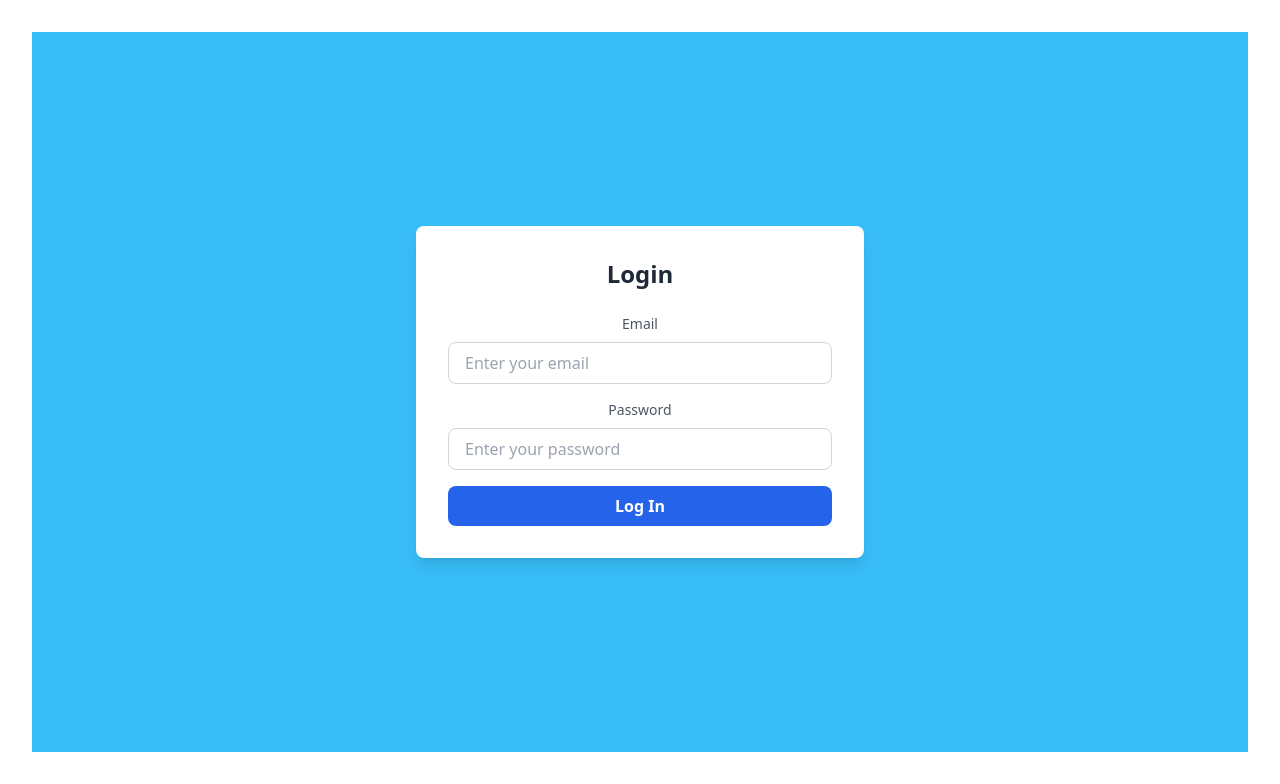
Repository: TEKVOLUTION-LTD/Admin-washKonnect
Page: /dashboard/users (app in Admin-WashKonnect/)
The author's editor kept a copy of each file at every save. The page is drawn from the files as they stood at one save, then again after the next save.
The browser window is 1280 px wide. The pictures show the whole page.
The project was rebuilt for these pictures with package versions that can differ from the ones it lists, and the page was loaded fresh each time. Also part of the build but not shown: Admin-WashKonnect/vite.config.js.

Above is the page before, as saved 2024-11-13 01:46:10.

### Admin-WashKonnect/src/App.jsx
import Login from './components/Login';
import './App.css'

function App() {


  return (
    <>
    <div className=''>    <Login /> </div>

    </>
  )
}

export default App

### Admin-WashKonnect/src/components/Login.jsx
import React, {useState} from 'react'

const Login = () => {


  const [email, setEmail] = useState('');
  const [password, setPassword] = useState('');

  const handleSubmit = (e) => {
    e.preventDefault();
    // Handle login logic here (e.g., authentication API call)
    console.log('Email:', email);
    console.log('Password:', password);
  };

  return (

    <>
    <div className="flex items-center justify-center min-h-screen bg-sky-400">
      <div className="w-full max-w-md p-8 space-y-6 bg-white rounded-lg shadow-lg">
        <h2 className="text-2xl font-bold text-center text-gray-800">Login</h2>
        <form className="space-y-4" onSubmit={handleSubmit}>
          <div>
            <label htmlFor="email" className="block text-sm font-medium text-gray-600">
              Email
            </label>
            <input
              type="email"
              id="email"
              value={email}
              onChange={(e) => setEmail(e.target.value)}
              required
              className="w-full px-4 py-2 mt-2 text-gray-800 border border-gray-300 rounded-lg focus:outline-none focus:ring-2 focus:ring-blue-500"
              placeholder="Enter your email"
            />
          </div>
          <div>
            <label htmlFor="password" className="block text-sm font-medium text-gray-600">
              Password
            </label>
            <input
              type="password"
              id="password"
              value={password}
              onChange={(e) => setPassword(e.target.value)}
              required
              className="w-full px-4 py-2 mt-2 text-gray-800 border border-gray-300 rounded-lg focus:outline-none focus:ring-2 focus:ring-blue-500"
              placeholder="Enter your password"
            />
          </div>
          <button
            type="submit"
            className="w-full px-4 py-2 font-semibold text-white bg-blue-600 rounded-lg hover:bg-blue-700 focus:outline-none focus:ring-2 focus:ring-blue-500 focus:ring-offset-2"
          >
            Log In
          </button>
        </form>
      </div>
    </div>


    </>
  )
}

export default Login

Loaded but not shown: Admin-WashKonnect/index.html (common file); Admin-WashKonnect/src/main.jsx (common file); Admin-WashKonnect/src/index.css (common file); Admin-WashKonnect/src/App.css (common file); Admin-WashKonnect/tailwind.config.js (common file)

After the next save:
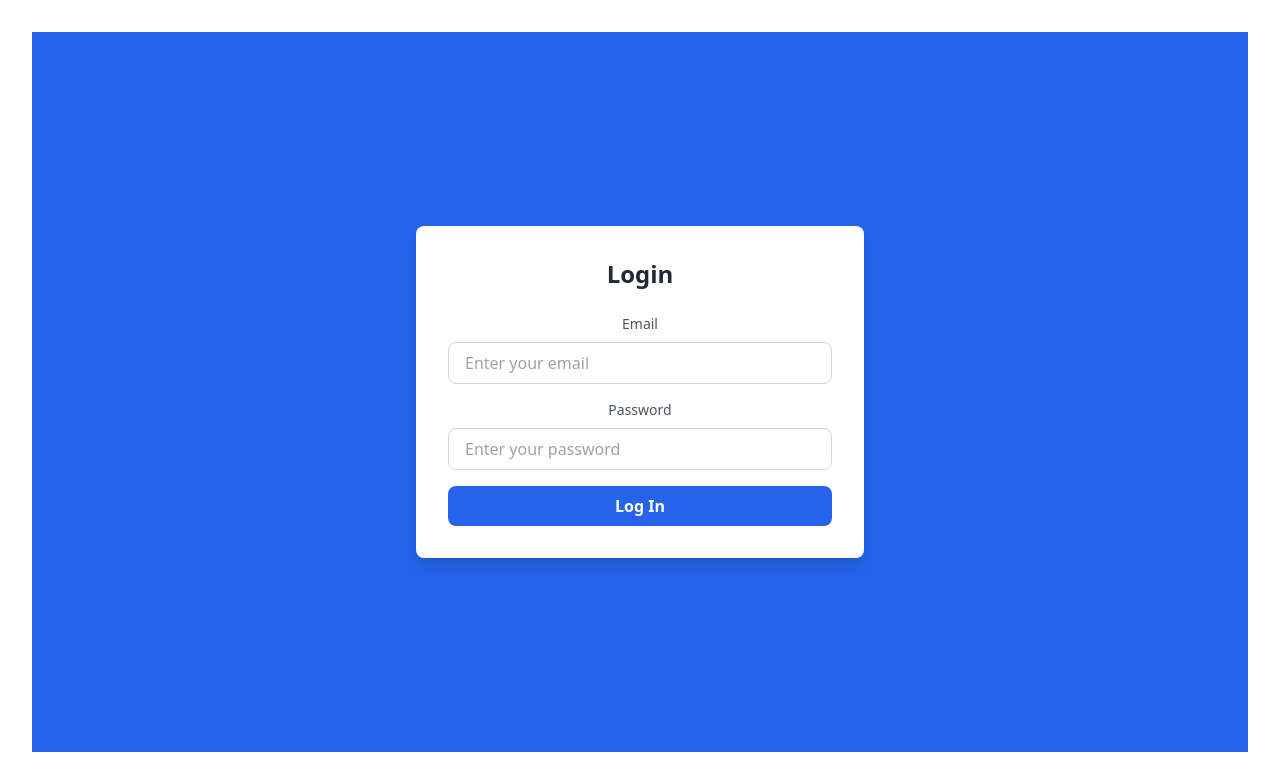
Saved 28 s later.
--- a/Admin-WashKonnect/src/components/Login.jsx
+++ b/Admin-WashKonnect/src/components/Login.jsx
@@ -16,7 +16,7 @@ const Login = () => {
   return (
 
     <>
-    <div className="flex items-center justify-center min-h-screen bg-sky-400">
+    <div className="flex items-center justify-center min-h-screen bg-blue-600">
       <div className="w-full max-w-md p-8 space-y-6 bg-white rounded-lg shadow-lg">
         <h2 className="text-2xl font-bold text-center text-gray-800">Login</h2>
         <form className="space-y-4" onSubmit={handleSubmit}>
